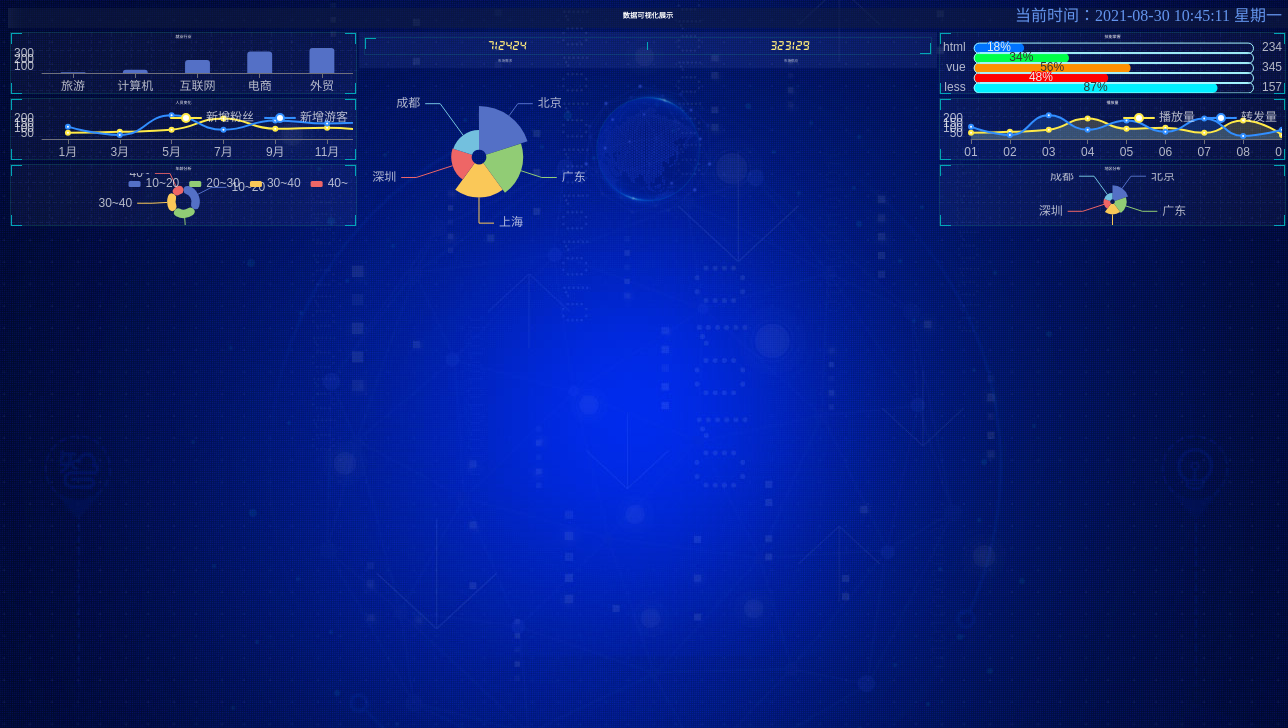
Repository: jiang-1990/DataVM
Page: /
An editor plug-in stored every save of this project. The page is shown before and after the next save, followed by the edit.
The browser window is 1280 px wide. The page is 1288 px wide, so the pictures cover 1288 px, including what lies to the right of the window. The pictures show the whole page.
The project was rebuilt for these pictures with package versions that can differ from the ones it lists, and the page was loaded fresh each time.

Above is the page before, as saved 2021-08-30 17:22:24.

After the next save:
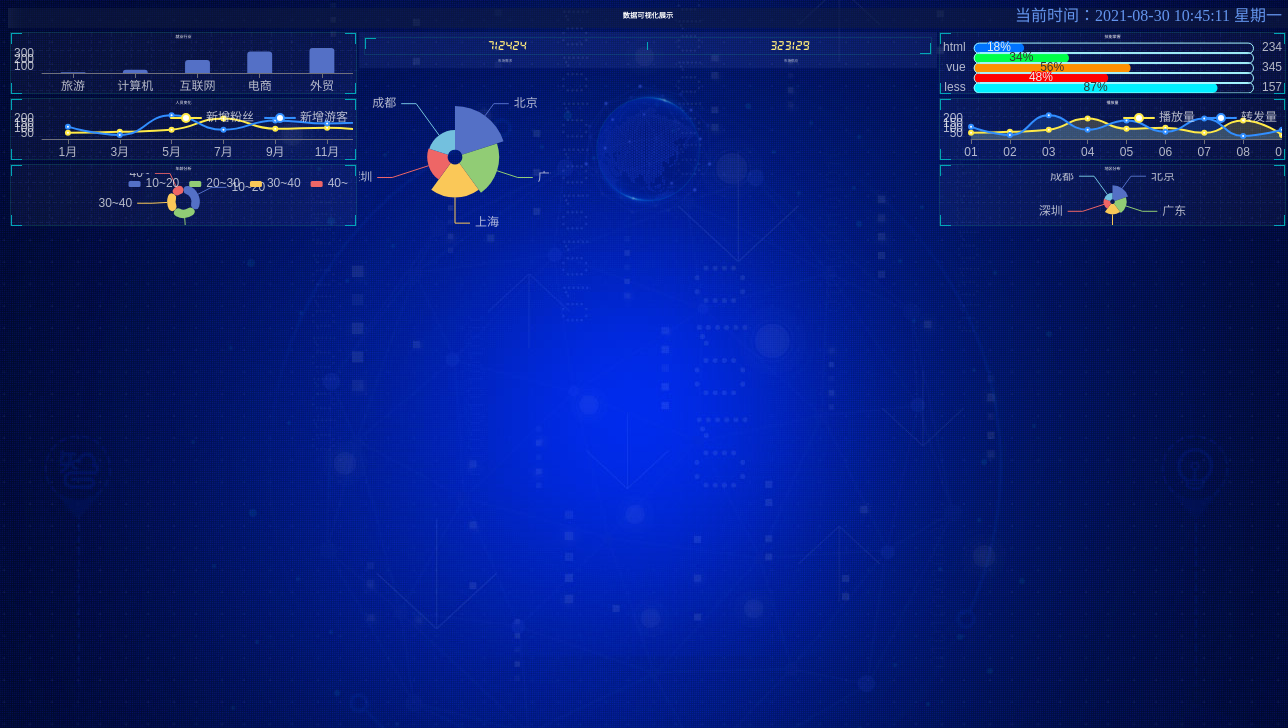
Saved 7 min 47 s later.
--- a/src/components/map.vue
+++ b/src/components/map.vue
@@ -75,6 +75,6 @@ export default {
 <style scoped>
 .mapChart{
     height: 10.125rem;
-    width: 15rem;
+    width: 12rem;
 }
 </style>
